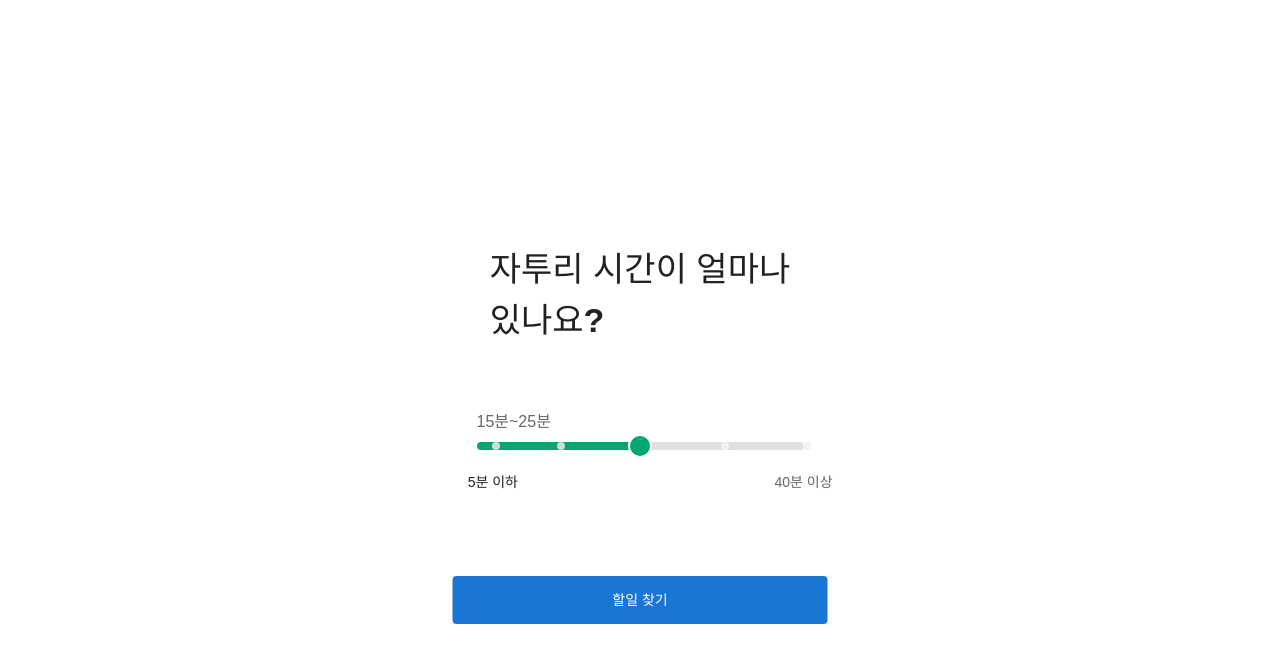
Repository: Tickley-Team/Tickley
Page: /survey
These files come from the project's save history. The page is drawn as it stood at one moment and after a run of saves; the edit follows.
The browser window is 1280 px wide. The pictures show the whole page.
The project was rebuilt for these pictures with package versions that can differ from the ones it lists, and the page was loaded fresh each time. Also part of the build but not shown: vite.config.ts, src/components/BottomNavbar.css, src/components/BottomNavbar.tsx, src/hooks/useLocalStorage.ts, src/stores/timeLeftStore.ts, src/utils.ts, src/components/BasicDialog.tsx, src/pages/Todos.tsx and 12 more.

Above is the page before, as saved 2024-12-09 16:53:23.

### index.html
<!doctype html>
<html lang="en">
  <head>
    <meta charset="UTF-8" />
    <link rel="icon" type="image/svg+xml" href="/src/assets/tickley-favicon.svg" />
    <meta name="viewport" content="width=device-width, initial-scale=1.0" />
    <title>Tickley</title>
    <meta name="description" content="자투리 시간을 알차게 보내고 싶으신가요? 그럼 티클리!">
    <meta property="og:title" content="Tickley">
    <meta property="og:url" content="https://tickley-team.github.io/Tickley/">
    <meta property="og:image" content="https://tickley-team.github.io/Tickley/cute-tickley.png">
    <meta property="og:description" content="자투리 시간을 알차게 보내고 싶으신가요? 그럼 티클리!">
  </head>
  <body>
    <div id="root"></div>
    <script type="module" src="/src/main.tsx"></script>
  </body>
</html>

### src/index.css
:root {
  font-family: Pretandard, system-ui, Avenir, Helvetica, Arial, sans-serif;

  color-scheme: light dark;
  font-synthesis: none;
  text-rendering: optimizeLegibility;
  -webkit-font-smoothing: antialiased;
  -moz-osx-font-smoothing: grayscale;
}

@font-face {
  font-family: 'S-CoreDream-5Medium';
  src: url('https://fastly.jsdelivr.net/gh/projectnoonnu/noonfonts_six@1.2/S-CoreDream-5Medium.woff')
    format('woff');
  font-weight: 500;
  font-style: normal;
}

@font-face {
  font-family: 'S-CoreDream-6Bold';
  src: url('https://fastly.jsdelivr.net/gh/projectnoonnu/noonfonts_six@1.2/S-CoreDream-6Bold.woff')
    format('woff');
  font-weight: 600;
  font-style: normal;
}

@font-face {
  font-family: 'S-CoreDream-8Heavy';
  src: url('https://fastly.jsdelivr.net/gh/projectnoonnu/noonfonts_six@1.2/S-CoreDream-8Heavy.woff')
    format('woff');
  font-weight: 800;
  font-style: normal;
}

@font-face {
  font-family: 'S-CoreDream-7ExtraBold';
  src: url('https://fastly.jsdelivr.net/gh/projectnoonnu/noonfonts_six@1.2/S-CoreDream-7ExtraBold.woff')
    format('woff');
  font-weight: 700;
  font-style: normal;
}

### src/App.tsx
import Todos from './pages/Todos'
import TodosFind from './pages/TodosFind'
import SurveySpareTime from './pages/SurveySpareTime'
import Home from './pages/Home'
import OnboardingPage from './pages/OnboardingPage'
import TodosMemory from './pages/TodosMemory'
import ProgressTimer from './pages/ProgressTimer'
import CompletedTimer from './pages/CompletedTimer'
import { fetchRecommendTodos } from './api/fetchRecommendTodos'
import { createBrowserRouter, RouterProvider } from 'react-router'
import { ThemeProvider } from '@mui/material/styles'
import { TickleyTheme } from './theme'
import CssBaseline from '@mui/material/CssBaseline'

function App() {
  const isProduction = process.env.NODE_ENV === 'production'
  const basename = isProduction ? '/Tickley' : '/'

  const router = createBrowserRouter(
    [
      {
        path: '/',
        element: <Home />,
      },
      {
        path: '/todos',
        element: <Todos />,
      },
      {
        path: '/todos/find',
        element: <TodosFind />,
        loader: () =>
          fetchRecommendTodos(
            `${import.meta.env.BASE_URL}data/todoRecommendData.json`,
          ),
      },
      {
        path: '/todos/memory',
        element: <TodosMemory />,
      },
      {
        path: '/survey',
        element: <SurveySpareTime />,
      },
      {
        path: '/onboarding/:onboardingId',
        element: <OnboardingPage />,
      },
      {
        path: '/timer/progress',
        element: <ProgressTimer />,
      },
      {
        path: '/timer/completed',
        element: <CompletedTimer />,
      },
    ],
    {
      basename,
    },
  )

  return (
    <ThemeProvider theme={TickleyTheme}>
      <RouterProvider router={router} />
      <CssBaseline />
    </ThemeProvider>
  )
}

export default App

### src/pages/SurveySpareTime/index.tsx
import { useCallback } from 'react'
import { useNavigate } from 'react-router'
import { MobileLayout } from '../../layout/MobileLayout'
import { RangeSlider } from '../../components/RangeSlider'
import { Typography } from '@mui/material'
import { CTAButton } from '../../components/Button'

const SurveySpareTime = () => {
  const navigate = useNavigate()
  const handleClickButton = useCallback(() => {
    navigate('/todos/find')
  }, [])
  return (
    <MobileLayout>
      <Typography
        variant="title-6-bold-34"
        sx={{
          whiteSpace: 'pre-line',
          textAlign: 'left',
          marginBottom: '64px',
        }}
      >
        {`자투리 시간이 얼마나\n있나요?`}
      </Typography>
      <RangeSlider />
      <CTAButton
        sx={{ marginTop: 'auto', marginBottom: '48px' }}
        onClick={handleClickButton}
      >
        할일 찾기{' '}
      </CTAButton>
    </MobileLayout>
  )
}

export default SurveySpareTime

### src/api/fetchRecommendTodos.ts
import { RecommendTodo } from '../types'

export const fetchRecommendTodos = async (
  path: string,
): Promise<Array<RecommendTodo>> => {
  try {
    const response = await fetch(path)
    if (!response.ok) {
      throw new Error(`HTTP error! status: ${response.status}`)
    }
    return response.json()
  } catch (error) {
    if (error instanceof Error) {
      throw new Error(`데이터 로드 실패: ${error.message}`)
    }
    throw new Error('알 수 없는 에러가 발생했습니다')
  }
}

### src/theme.ts
import { createTheme } from '@mui/material/styles'

import tokens from './assets/tokens.json'

import React from 'react'

export const TickleyTheme = createTheme({
  palette: {
    primary100: tokens.color.pri100.value,
    primary500: tokens.color.pri500.value,
    primary900: tokens.color.pri900.value,

    gray100: tokens.color.gray100.value,
    gray200: tokens.color.gray200.value,
    gray300: tokens.color.gray300.value,
    gray400: tokens.color.gray400.value,
    gray600: tokens.color.gray600.value,
    gray700: tokens.color.gray700.value,
    gray800: tokens.color.gray800.value,
    gray900: tokens.color.gray900.value,
    gray1000: tokens.color.gray1000.value,

    semanticRed: '#F24822',
    semanticPurple1: '#5B67BA',
    semanticGreen: '#009951',
    semanticGreen1: '#D6F2CC',
    semanticGreen2: '#B2DDA2',
    semanticGreen3: '#7BB766',
    semanticGreen4: '#367A1E',
  },

  typography: {
    fontFamily: '"S-CoreDream", Arial, sans-serif',

    'headline-8-heavy': {
      fontWeight: 800,

      fontSize: '48px',
    },

    'headline-5-medium': {
      fontWeight: 500,

      fontSize: '66px',
    },

    'title-6-bold-34': {
      fontWeight: 600,

      fontSize: '34px',
    },

    'title-5-medium-26': {
      fontWeight: 500,

      fontSize: '26px',
    },

    'title-7-extrabold-20': {
      fontWeight: 700,

      fontSize: '20px',
    },

    'title-5-medium-18': {
      fontWeight: 500,

      fontSize: '18px',
    },

    'title-5-medium-16': {
      fontWeight: 500,

      fontSize: '16px',
    },

    'title-5-medium-12': {
      fontWeight: 500,

      fontSize: '12px',
    },
  },
})

//TODO: 타입 정의 파일로 옮기기

declare module '@mui/material/styles' {
  interface Palette {
    primary100: string
    primary500: string
    primary900: string
    gray100: string
    gray200: string
    gray300: string
    gray400: string
    gray600: string
    gray700: string
    gray800: string
    gray900: string
    gray1000: string

    semanticGreen1: string
    semanticGreen2: string
    semanticGreen3: string
    semanticGreen4: string
    semanticRed: string
    semanticPurple1: string
    semanticGreen: string
  }

  interface PaletteOptions {
    primary100: string
    primary500: string
    primary900: string
    gray100: string
    gray200: string
    gray300: string
    gray400: string
    gray600: string
    gray700: string
    gray800: string
    gray900: string
    gray1000: string

    semanticGreen1: string
    semanticGreen2: string
    semanticGreen3: string
    semanticGreen4: string
    semanticRed: string
    semanticPurple1: string
    semanticGreen: string
  }
}

declare module '@mui/material/Typography' {
  interface TypographyPropsVariantOverrides {
    'headline-5-medium': true

    'headline-8-heavy': true

    'title-6-bold-34': true

    'title-5-medium-26': true

    'title-7-extrabold-20': true

    'title-5-medium-18': true

    'title-5-medium-16': true

    'title-5-medium-12': true
  }
}

declare module '@mui/material/styles' {
  interface TypographyVariants {
    'headline-5-medium': React.CSSProperties

    'headline-8-heavy': React.CSSProperties

    'title-6-bold-34': React.CSSProperties

    'title-5-medium-26': React.CSSProperties

    'title-7-extrabold-20': React.CSSProperties

    'title-5-medium-18': React.CSSProperties

    'title-5-medium-16': React.CSSProperties

    'title-5-medium-12': React.CSSProperties
  }

  interface TypographyVariantsOptions {
    'headline-5-medium'?: React.CSSProperties

    'headline-8-heavy'?: React.CSSProperties

    'title-6-bold-34'?: React.CSSProperties

    'title-5-medium-26'?: React.CSSProperties

    'title-7-extrabold-20'?: React.CSSProperties

    'title-5-medium-18'?: React.CSSProperties

    'title-5-medium-16'?: React.CSSProperties

    'title-5-medium-12'?: React.CSSProperties
  }
}

### src/components/RangeSlider.tsx
import styled from '@emotion/styled'
import { Box, Slider, SliderProps, Typography } from '@mui/material'
import { useRecommendTodoFilterStore } from '../stores/recommendTodoFilterStore'

type RangeSliderProps = Partial<SliderProps>

const RangeMapper = [
  { value: 5, label: '5분 이하', displayText: '5분 이하', time: 5 },
  { value: 25, label: '', displayText: '5분~15분', time: 15 },
  { value: 50, label: '', displayText: '15분~25분', time: 25 },
  { value: 75, label: '', displayText: '25분~35분', time: 35 },
  { value: 100, label: '40분 이상', displayText: '40분 이상', time: 40 },
]

export const RangeSlider = ({ ...restProps }: RangeSliderProps) => {
  const { spareTime, setSpareTime } = useRecommendTodoFilterStore()

  const handleChange = (_event: Event, value: number | number[]) => {
    const time = RangeMapper.find((step) => step.value === value)?.time
    setSpareTime(time ?? 5)
  }

  const marks = RangeMapper.map(({ value, label }) => ({
    value,
    label,
  }))
  return (
    <Box width={'100%'}>
      <Typography sx={{ mb: 1, color: '#666666' }}>
        {/* TODO: refactor 연산 */}
        {RangeMapper.find(({ time }) => time === spareTime)?.displayText}
      </Typography>
      <CustomSlider
        value={RangeMapper.find(({ time }) => time === spareTime)?.value}
        marks={marks}
        step={null}
        onChange={handleChange}
        {...restProps}
      />
    </Box>
  )
}

const CustomSlider = styled(Slider)({
  height: 8,
  padding: 0,
  '& .MuiSlider-rail': {
    opacity: 1,
    backgroundColor: '#E0E0E0', // gray300
  },
  '& .MuiSlider-track': {
    border: 'none',
    backgroundColor: '#00A76F', // pri500
  },
  '& .MuiSlider-thumb': {
    height: 24,
    width: 24,
    backgroundColor: '#00A76F', // pri500
    border: '2px solid #fff',
    '&:focus, &:hover, &.Mui-active, &.Mui-focusVisible': {
      boxShadow: 'inherit',
    },
    '&:before': {
      display: 'none',
    },
  },
  '& .MuiSlider-mark': {
    backgroundColor: '#F2F2F2', // gray200
    height: 8,
    width: 8,
    borderRadius: '50%',
    marginTop: 0,
  },
})

### src/layout/MobileLayout.tsx
import { Container } from '@mui/material'

export const MobileLayout = ({
  children,
  ...restProps
}: {
  children: React.ReactNode
}) => {
  return (
    <Container
      sx={{
        padding: 0,
        margin: 0,
        position: 'relative',
        maxWidth: '375px', // 최대 너비 375px
        margin: '0 auto',
        backgroundColor: 'white',
        height: '100vh',
        display: 'flex', // Flexbox를 사용하여 콘텐츠 정렬
        flexDirection: 'column',
        justifyContent: 'center',
        alignItems: 'center',
        '@media (min-width: 1200px)': {
          maxWidth: '375px', // 1200px 이상에서도 375px 고정
        },
      }}
      {...restProps}
    >
      {/* 여기에 콘텐츠를 추가 */}
      {children}
    </Container>
  )
}

### src/stores/recommendTodoFilterStore.ts
import { create } from 'zustand'

interface RecommendTodoFilterStore {
  categoryName: string
  spareTime: number
  setSpareTime: (spareTime: number) => void
  setCategoryName: (categoryName: string) => void
}
export const useRecommendTodoFilterStore = create<RecommendTodoFilterStore>()(
  (set) => ({
    categoryName: '휴식',
    spareTime: 25,
    setSpareTime: (spareTime) => set({ spareTime }),
    setCategoryName: (categoryName) => set({ categoryName }),
  }),
)

### src/components/Button.tsx
import { Box, Button as BaseButton, ButtonProps } from '@mui/material'
import { styled } from '@mui/system'

type Props = ButtonProps & {
  children: React.ReactNode
}
export const CTAButton = ({ children, ...restProps }: Props) => {
  return (
    <Box width="100%" style={{ display: 'relative' }}>
      <Button {...restProps}>{children}</Button>
    </Box>
  )
}

const Button = styled(BaseButton)(({ theme }) => ({
  position: 'absolute', // 버튼을 절대 위치로 설정
  bottom: '48px', // 하단에서 48px 떨어지게 설정
  left: '50%', // 가로 중앙 정렬
  transform: 'translateX(-50%)', // 정확한 중앙 정렬
  width: '100%', // 가로 폭을 100%에서 좌우 여백을 제외한 값으로 설정
  height: '48px',
  backgroundColor: '#1976d2', // 버튼 배경색
  color: 'white',
  borderRadius: '4px',
}))

### src/assets/tokens.json
{
  "color": {
    "pri500": {
      "description": "",
      "type": "color",
      "value": "#1d997cff",
      "blendMode": "normal"
    },
    "pri100": {
      "description": "",
      "type": "color",
      "value": "#d7f6efff",
      "blendMode": "normal"
    },
    "pri900": {
      "description": "",
      "type": "color",
      "value": "#044637ff",
      "blendMode": "normal"
    },
    "gray1000": {
      "description": "",
      "type": "color",
      "value": "#040404ff",
      "blendMode": "normal"
    },
    "gray300": {
      "description": "",
      "type": "color",
      "value": "#f0f1f5ff",
      "blendMode": "normal"
    },
    "gray400": {
      "description": "",
      "type": "color",
      "value": "#d9dae2ff",
      "blendMode": "normal"
    },
    "gray500": {
      "description": "",
      "type": "color",
      "value": "#b9babfff",
      "blendMode": "normal"
    },
    "gray900": {
      "description": "",
      "type": "color",
      "value": "#232327ff",
      "blendMode": "normal"
    },
    "gray600": {
      "description": "",
      "type": "color",
      "value": "#999a9fff",
      "blendMode": "normal"
    },
    "gray700": {
      "description": "",
      "type": "color",
      "value": "#717277ff",
      "blendMode": "normal"
    },
    "gray800": {
      "description": "",
      "type": "color",
      "value": "#3f3f44ff",
      "blendMode": "normal"
    },
    "gray200": {
      "description": "",
      "type": "color",
      "value": "#f9fafcff",
      "blendMode": "normal"
    },
    "gray100": {
      "description": "",
      "type": "color",
      "value": "#ffffffff",
      "blendMode": "normal"
    }
  },
  "grid": {
    "grid": {
      "0": {
        "type": "custom-grid",
        "value": {
          "pattern": "columns",
          "gutterSize": 0,
          "alignment": "stretch",
          "count": 1,
          "offset": 16
        }
      },
      "1": {
        "type": "custom-grid",
        "value": {
          "pattern": "columns",
          "gutterSize": 16,
          "alignment": "stretch",
          "count": 4,
          "offset": 16
        }
      },
      "description": null
    }
  },
  "variable collection": {
    "pri500": { "type": "color", "value": "#f5c21aff", "blendMode": "normal" },
    "pri600": { "type": "color", "value": "#f5bb1aff", "blendMode": "normal" },
    "color": {
      "description": "",
      "type": "color",
      "value": "{variable collection.pri500}"
    }
  }
}

Loaded but not shown: src/main.tsx (common file)

After the next 2 saves:
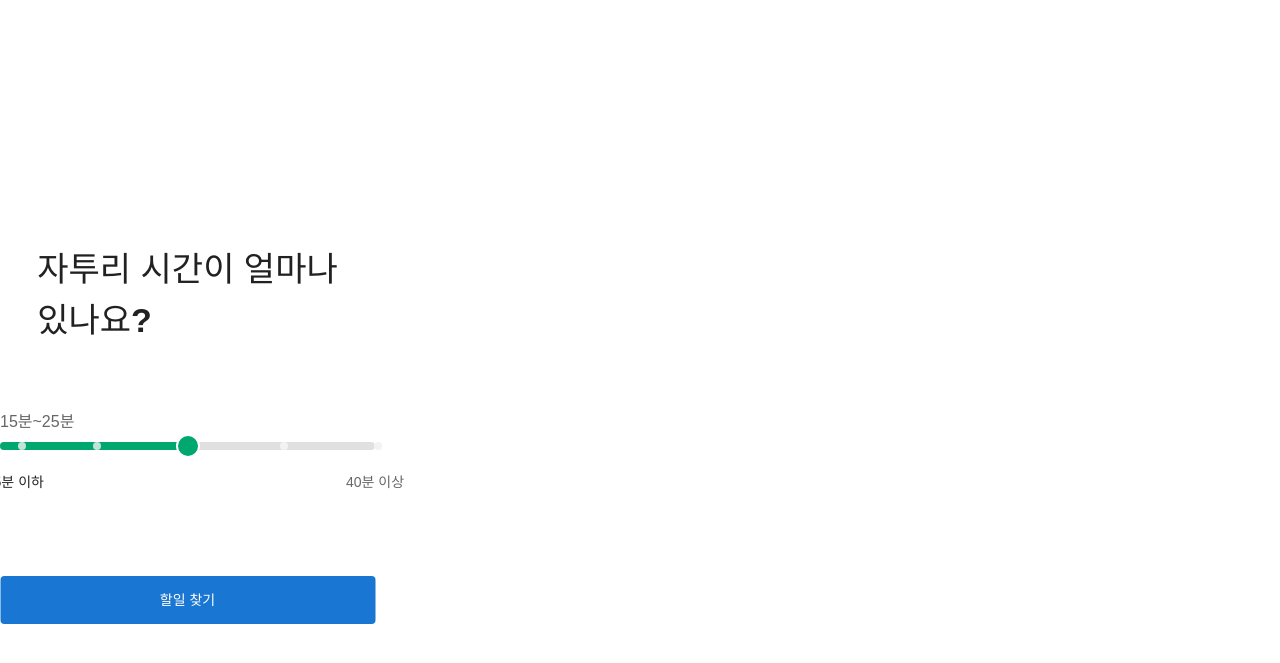
The 2 saves are shown as one change because they came seconds apart.
The last was saved 19 s later.
--- a/src/layout/MobileLayout.tsx
+++ b/src/layout/MobileLayout.tsx
@@ -21,6 +21,8 @@
         justifyContent: 'center',
         alignItems: 'center',
         '@media (min-width: 1200px)': {
+          padding: 0,
+          margin: 0,
           maxWidth: '375px', // 1200px 이상에서도 375px 고정
         },
       }}

After the 2 saves that followed:
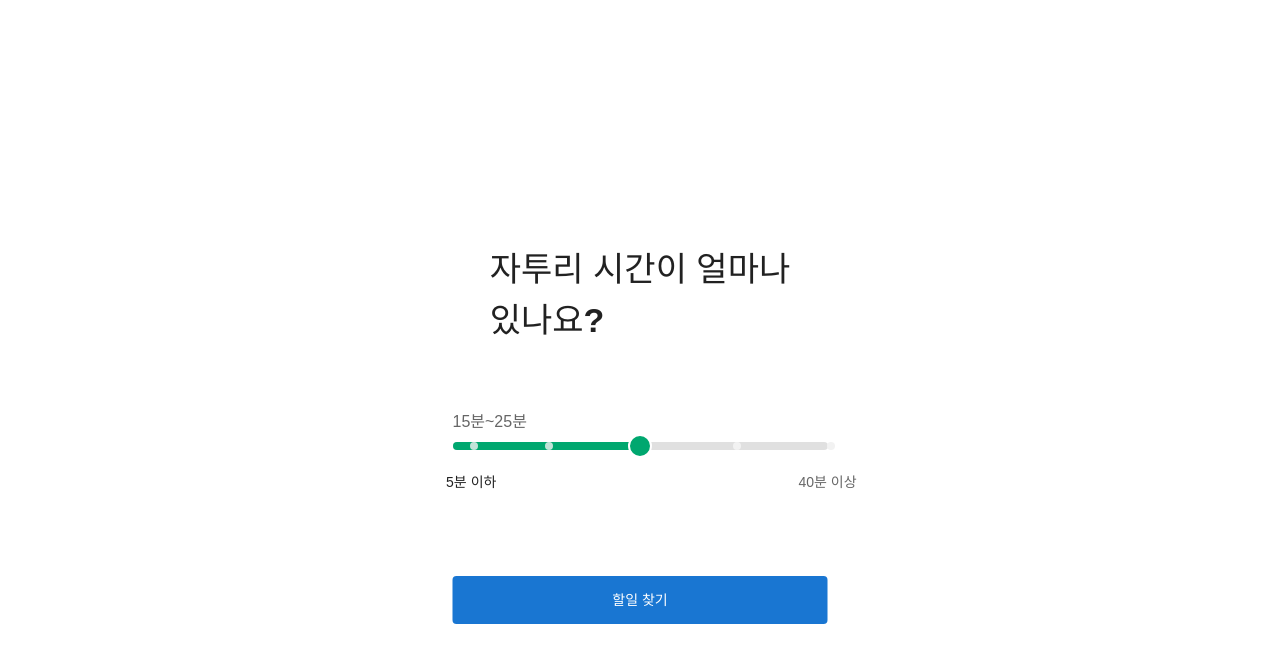
The 2 saves are shown as one change because 1 left the picture as it was.
The last was saved 66 s later.
--- a/src/layout/MobileLayout.tsx
+++ b/src/layout/MobileLayout.tsx
@@ -10,7 +10,7 @@
     <Container
       sx={{
         padding: 0,
-        margin: 0,
+
         position: 'relative',
         maxWidth: '375px', // 최대 너비 375px
         margin: '0 auto',
@@ -21,8 +21,9 @@
         justifyContent: 'center',
         alignItems: 'center',
         '@media (min-width: 1200px)': {
-          padding: 0,
-          margin: 0,
+          paddingLeft: 0, // 600px 이상에서 padding-left 0 설정
+          paddingRight: 0, // 600px 이상에서 padding-right 0 설정
+
           maxWidth: '375px', // 1200px 이상에서도 375px 고정
         },
       }}
